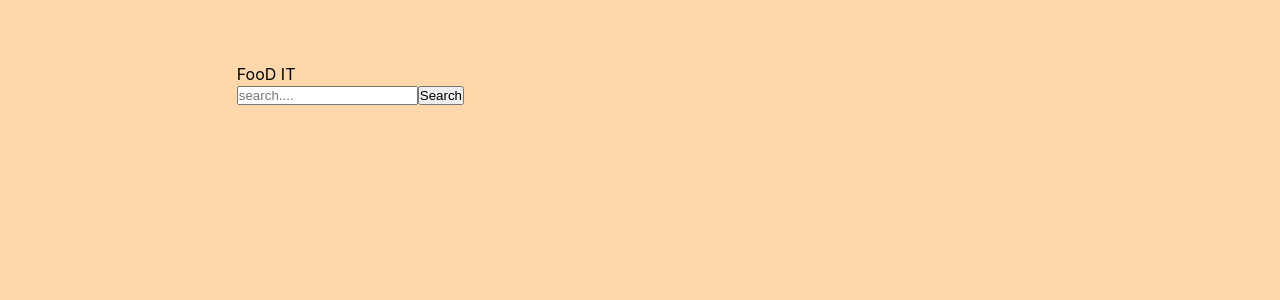
Repository: sandipkarmokar/recipeApp
Page: /
The author's editor kept a copy of each file at every save. The page is drawn from the files as they stood at one save, then again after the next save.
The browser window is 1280 px wide. The pictures show the whole page.
The project was rebuilt for these pictures with package versions that can differ from the ones it lists, and the page was loaded fresh each time.

Above is the page before, as saved 2022-04-15 16:43:43.

### src/App.js
import { useEffect, useStata, useState } from 'react';
import ListView from './components/listView';
import SearchBar from './components/searchBar';
import './App.css';

function App() {
    const [query, setQuery] = useState('');
    const [isLoading, setIsLoading] = useState(true);
    const [recipeIngredients, setRecipeIngredients] = useState([]);
    const [recipeList, setRecipeList] = useState([]);
    const [recipeId, setRecipeId] = useState();
    const [recipe, setRecipe] = useState([]);

    const url = `https://forkify-api.herokuapp.com/api/search?q=${query}`;
    const urlRecipe = `https://forkify-api.herokuapp.com/api/get?rId=${recipeId}`;

    const fetchData = async (e) => {
        e.preventDefault();
        try {
            const response = await fetch(url);
            const data = await response.json();
            setRecipeList(data.recipes);
            setIsLoading(false);
            setQuery('');
        } catch (error) {
            console.log(error);
        }
    };

    const fetchRecipe = async () => {
        try {
            const response = await fetch(urlRecipe);
            const data = await response.json();
            setRecipe(data);
            console.log(recipe, recipeId);
        } catch (error) {
            console.log(error);
        }
    };
    return (
        <div className="app">
            <div className="app-container">
                <SearchBar
                    query={query}
                    setQuery={setQuery}
                    fetchData={fetchData}
                ></SearchBar>
                <ListView
                    recipeList={recipeList}
                    setRecipeId={setRecipeId}
                    fetchRecipe={fetchRecipe}
                ></ListView>
            </div>
        </div>
    );
}

export default App;

### src/components/listView.js
import React from 'react';

const ListView = ({ recipeList, setRecipeId, fetchRecipe }) => {
    console.log(recipeList);
    const handleRecipe = (id) => {
        let numberId = parseInt(id);
        console.log(typeof numberId);
        setRecipeId(id);
        fetchRecipe();
    };

    return (
        <div className="recipeList">
            <div className="recipeList-container">
                {recipeList.map((el) => {
                    console.log(typeof el.recipe_id);
                    return (
                        <>
                            <p>{el.title}</p>
                            <img src={el.image_url} alt="" />
                            <p>{el.recipe_id}</p>
                            <p
                                onClick={() => {
                                    handleRecipe(el.recipe_id);
                                }}
                            >
                                Know More
                            </p>
                        </>
                    );
                })}
            </div>
        </div>
    );
};

export default ListView;

### src/components/searchBar.js
import React from 'react';

const SearchBar = ({ query, setQuery, fetchData }) => {
    return (
        <div className="searchBar">
            <div className="searchBar-container">
                <div className="logo">FooD IT</div>
                <form onSubmit={fetchData} className="search">
                    <input
                        type="text"
                        placeholder="search...."
                        value={query}
                        onChange={(e) => setQuery(e.target.value)}
                    />
                    <button type="submit">Search</button>
                </form>
            </div>
        </div>
    );
};

export default SearchBar;

### src/App.css
* {
    margin: 0;
    padding: 0;
    box-sizing: border-box;
}

.app {
    height: 100vh;
    width: 100vw;
    background-color: #fed7aa;
    overflow: hidden;
    padding: 4rem;
}

.app .app-container {
    width: 70%;
    margin: 0 auto;
}
.app .app-container {
    width: 70%;
    margin: 0 auto;
}

Loaded but not shown: public/index.html (common file); src/index.js (common file); src/index.css (common file); src/reportWebVitals.js (common file)

After the next save:
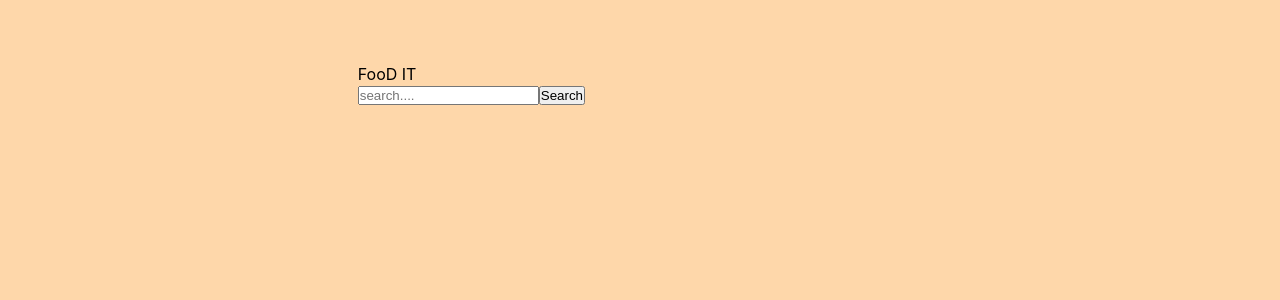
Saved 9 s later.
--- a/src/App.css
+++ b/src/App.css
@@ -16,7 +16,7 @@
     width: 70%;
     margin: 0 auto;
 }
-.app .app-container {
+.app .app-container .searchBar {
     width: 70%;
     margin: 0 auto;
 }
